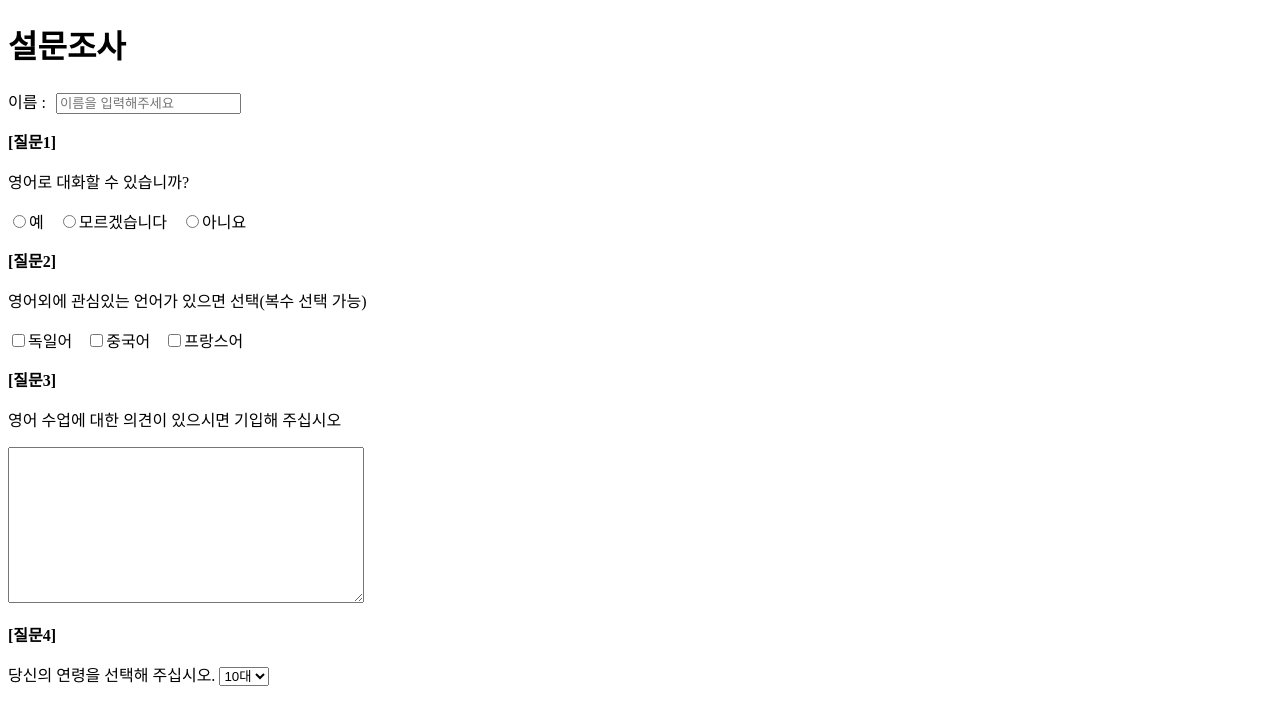
Repository: Jv2020/bitcamp
Page: html/sample05/WebContent/test02.html
These files come from the project's save history. The page is drawn as it stood at one moment and after the next save; the edit follows.
The browser window is 1280 px wide. The pictures show the whole page.

Above is the page before, as saved 2020-01-03 07:36:05.

After the next save:
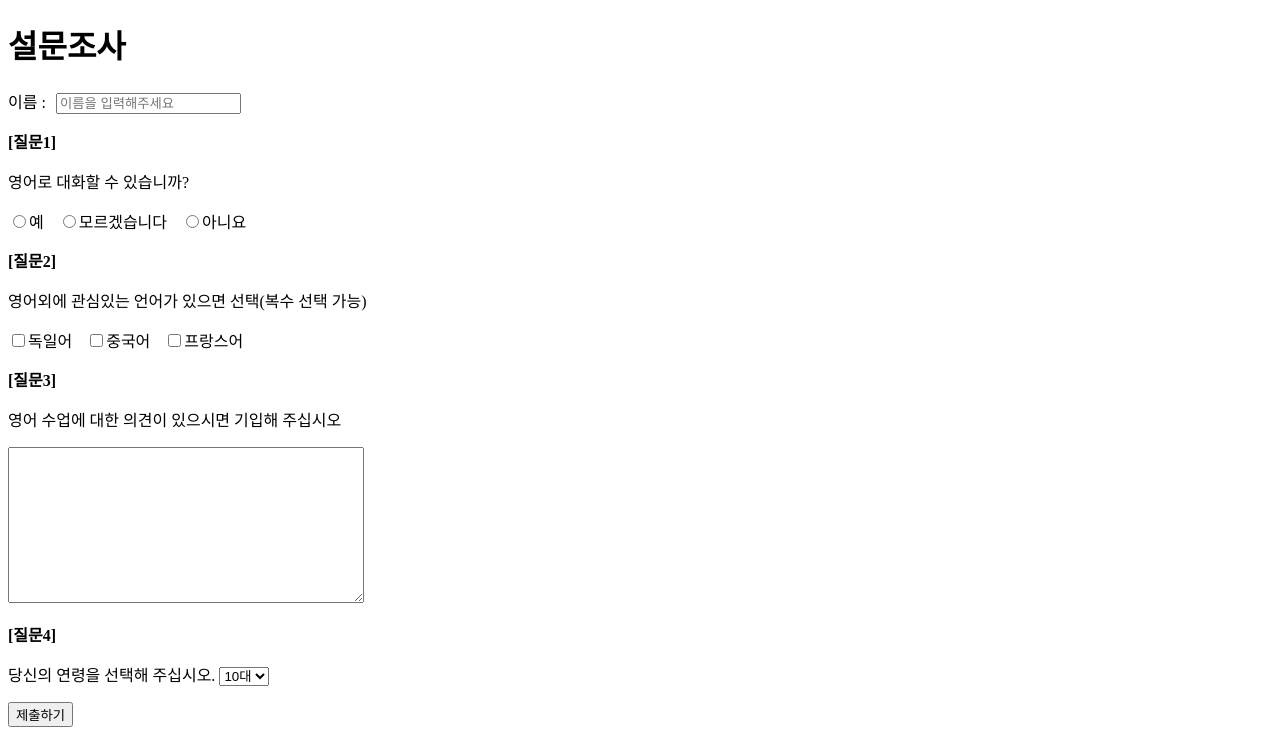
Saved 25 s later.
--- a/html/sample05/WebContent/test02.html
+++ b/html/sample05/WebContent/test02.html
@@ -55,6 +55,7 @@ ul li textarea {width:350px; height:150px;}
 			</p>
 		</li>
 	</ul>
+	<input type="submit" value="제출하기">
 </form>
 
 </body>
